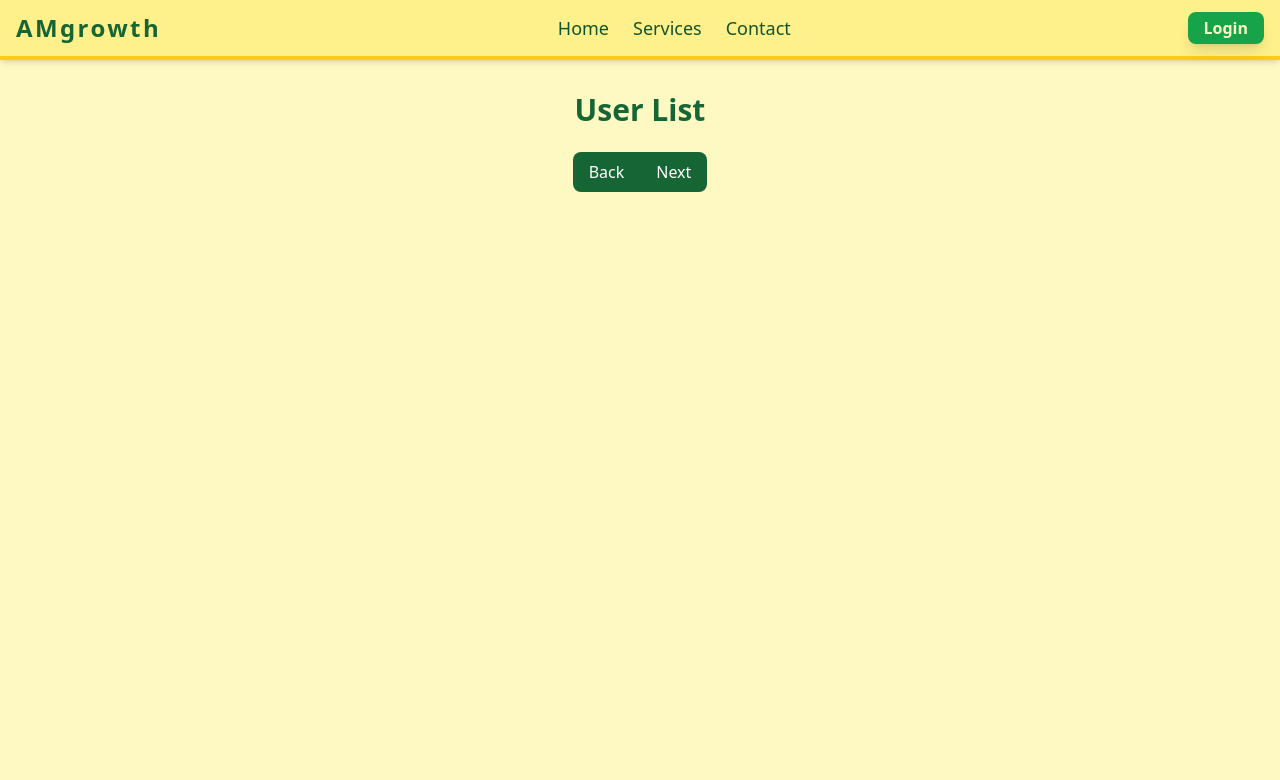
Repository: ArievfRahman-Dev/Mini-Project-II
Page: / (app in miniproject2/)
The author's editor kept a copy of each file at every save. The page is drawn from the files as they stood at one save, then again after the next save.
The browser window is 1280 px wide. The pictures show the whole page.
The page's requests for data from a server got no answer. The project was rebuilt for these pictures with package versions that can differ from the ones it lists, and the page was loaded fresh each time. No one was signed in, and anything a server would have sent is missing. Also part of the build but not shown: miniproject2/vite.config.js, miniproject2/src/pages/DetailUser/index.jsx.

Above is the page before, as saved 2024-12-16 18:58:14.

### miniproject2/index.html
<!DOCTYPE html>
<html lang="en">
  <head>
    <meta charset="UTF-8" />
    <link rel="icon" type="image/svg+xml" href="/vite.svg" />
    <meta name="viewport" content="width=device-width, initial-scale=1.0" />
    <title>Vite + React</title>
    <link
      href="https://cdn.jsdelivr.net/npm/remixicon/fonts/remixicon.css"
      rel="stylesheet"
    />
  </head>
  <body>
    <div id="root"></div>
    <script type="module" src="/src/main.jsx"></script>
  </body>
</html>

### miniproject2/src/App.jsx
import { BrowserRouter, Routes, Route } from "react-router-dom";
import { HomePage } from "./pages/HomePage";
import { DetailUser } from "./pages/DetailUser";

export const App = () => {
  return (
    <div>
      <BrowserRouter>
        <Routes>
          <Route path="/" element={<HomePage />} />
          <Route path="detail/:id" element={<DetailUser />} />
        </Routes>
      </BrowserRouter>
    </div>
  );
};

### miniproject2/src/pages/HomePage/index.jsx
import { Navbar } from "../../components/Navbar";
import { useState, useEffect } from "react";
import axios from "axios";
import { Link } from "react-router-dom";
export const HomePage = () => {
  const [data, setData] = useState([]);
  let [page, setPage] = useState(1);
  const [totalPages, setTotalPages] = useState(1);

  const getData = async () => {
    try {
      const res = await axios.get(`https://reqres.in/api/users?page=${page}`);
      console.log(res.data.data);
      setData(res.data.data);
      setTotalPages(res.data.total_pages);
    } catch (error) {
      console.log(error);
    }
  };
  const handleNext = () => {
    setPage((page += 1));
  };
  const handleBack = () => {
    setPage(page - +1);
  };
  useEffect(() => {
    getData();
  }, [page]);

  return (
    <div>
      <Navbar />

      <div className="bg-yellow-100 min-h-screen py-8">
        <div className="container mx-auto px-4">
          <h1 className="text-3xl font-bold text-green-800 retro-font mb-6 text-center">
            User List
          </h1>
          <div className="flex justify-center mb-4">
            <button
              onClick={handleBack}
              disabled={page === 1}
              className="px-4 py-2 bg-green-600 disabled:bg-green-800 text-white rounded-l-lg hover:bg-green-700"
            >
              Back
            </button>
            <button
              onClick={handleNext}
              disabled={page === totalPages}
              className="px-4 py-2 bg-green-600 disabled:bg-green-800 text-white rounded-r-lg hover:bg-green-700"
            >
              Next
            </button>
          </div>
          <div className="grid grid-cols-1 sm:grid-cols-2 md:grid-cols-3 gap-6">
            {data.map((user) => (
              <div
                key={user.id}
                className="bg-yellow-200 border-2 border-yellow-400 shadow-lg rounded-lg p-4 flex flex-col items-center text-center"
              >
                <img
                  src={user.avatar}
                  alt="User Avatar"
                  className="w-24 h-24 rounded-full border-4 border-green-800 mb-4"
                />
                <p className="text-lg font-bold text-green-900 retro-font">
                  {user.first_name} {user.last_name}
                </p>
                <p className="text-green-800">{user.email}</p>
                <Link to={`/detail/${user.id}`}>
                  <button className=" mt-2 px-4 py-1 font-semibold text-yellow-100 transition-colors bg-green-600 rounded-lg hover:bg-green-800 retro-font shadow-lg">
                    Detail User
                  </button>
                </Link>
              </div>
            ))}
          </div>
        </div>
      </div>
    </div>
  );
};

### miniproject2/src/components/Navbar/index.jsx
import { Link } from "react-router-dom";
import { useNavigate } from "react-router-dom";
export const Navbar = () => {
  const navigate = useNavigate();

  return (
    <nav className="sticky top-0 z-50  bg-yellow-200 border-b-4 border-yellow-400 shadow-md">
      <div className="container mx-auto px-4 py-3 flex justify-between items-center">
        <Link
          to="/"
          className="text-2xl font-bold text-green-800 retro-font tracking-widest"
        >
          AMgrowth
        </Link>

        <div className="hidden md:flex space-x-6">
          <Link
            to="/"
            className="text-green-900 hover:text-yellow-700 font-medium text-lg"
          >
            Home
          </Link>
          <Link
            to="/"
            className="text-green-900 hover:text-yellow-700 font-medium text-lg"
          >
            Services
          </Link>
          <Link
            to="/"
            className="text-green-900 hover:text-yellow-700 font-medium text-lg"
          >
            Contact
          </Link>
        </div>
        <Link
          to="/login"
          className=" px-4 py-1 font-semibold text-yellow-100 transition-colors bg-green-600 rounded-lg hover:bg-green-800 retro-font shadow-lg"
        >
          Login
        </Link>
      </div>
    </nav>
  );
};

Loaded but not shown: miniproject2/src/main.jsx (common file); miniproject2/src/index.css (common file); miniproject2/tailwind.config.js (common file)

After the next save:
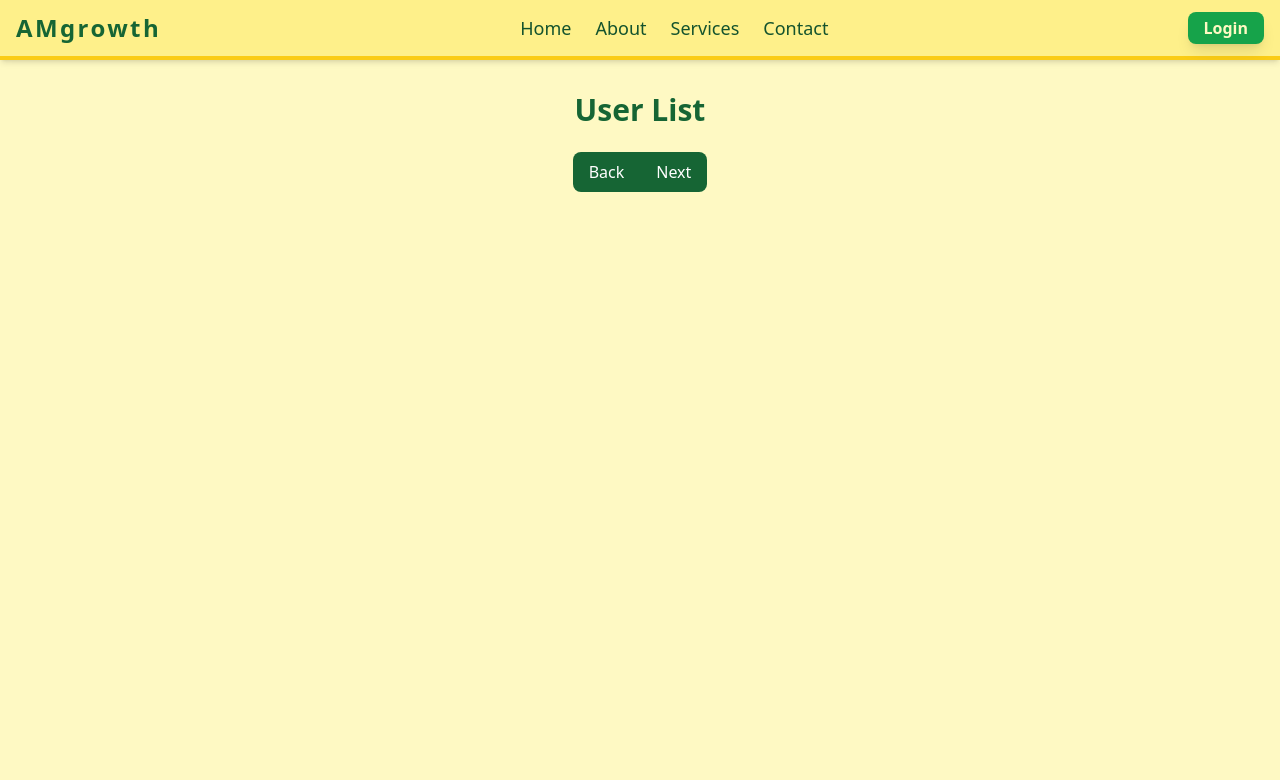
Saved 75 s later.
--- a/miniproject2/src/components/Navbar/index.jsx
+++ b/miniproject2/src/components/Navbar/index.jsx
@@ -24,6 +24,12 @@ export const Navbar = () => {
             to="/"
             className="text-green-900 hover:text-yellow-700 font-medium text-lg"
           >
+            About
+          </Link>
+          <Link
+            to="/"
+            className="text-green-900 hover:text-yellow-700 font-medium text-lg"
+          >
             Services
           </Link>
           <Link
